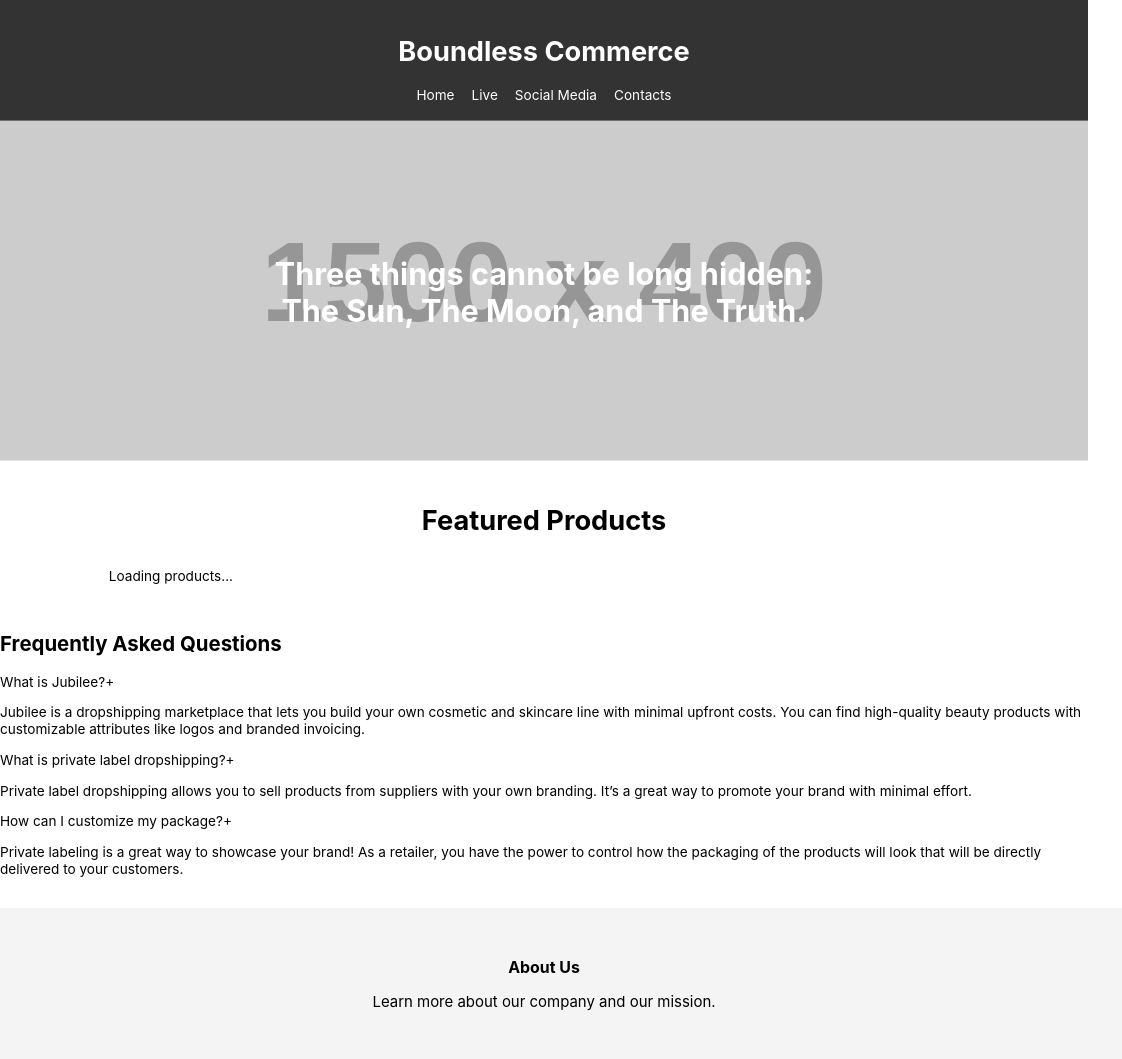
Repository: Nn-Exe/chunar-ecommerce
Page: / (app in ecommerce-frontend/)
The author's editor kept a copy of each file at every save. The page is drawn from the files as they stood at one save, then again after the next save.
The browser window is 1280 px wide. The page is 1320 px wide, so the pictures cover 1320 px, including what lies to the right of the window. The pictures show the whole page, at 85% of full size.
The page's requests for data from a server got no answer. The project was rebuilt for these pictures with package versions that can differ from the ones it lists, and the page was loaded fresh each time. No one was signed in, and anything a server would have sent is missing.

Above is the page before, as saved 2024-09-11 14:33:41.

### ecommerce-frontend/src/App.js
import React, { useState, useEffect } from 'react';
import './App.css';
import { BrowserRouter as Router, Route, Routes } from 'react-router-dom';  // Importing React Router
import Navbar from './components/Navbar';  // Correct way to import default export
import HeroSection from './components/HeroSection';  // Correct way to import default export
import ProductList from './components/ProductList';  // Correct way to import default export
import Faq from './components/Faq';  // Import the Faq component from the components folder

// Home page component (the default view)
function Home({ products }) {
  return (
    <div className="home-page">
      {/* Hero Section */}
      <div className="hero-container">
        <HeroSection />
      </div>

      {/* Featured Products Section */}
      <section className="products-section">
        <div className="section-header">
          <h2>Featured Products</h2>
        </div>

        <div className="product-grid">
          <ProductList products={products} />
        </div>
      </section>

      <br />

      {/* FAQ Section */}
      <Faq />  {/* Using the imported Faq component */}

      {/* Add more sections here */}

      <br />

      <section className="about-section">
        <div className="about-content">
          <h3>About Us</h3>
          <p>Learn more about our company and our mission.</p>
        </div>
      </section>
    </div>
  );
}

// Other page components
function Live() {
  return <h2>Live Page</h2>;
}

function Contacts() {
  return <h2>Contacts Page</h2>;
}

function SocialMedia() {
  // External link can be opened using an anchor tag, so no need for a separate page.
  window.location.href = "https://linktr.ee/chunar.co";  // Redirect to external social media page
  return null;
}

function App() {
  const [products, setProducts] = useState([]);

  useEffect(() => {
    fetch('http://localhost:5000/api/products')
      .then((response) => response.json())
      .then((data) => setProducts(data))
      .catch((error) => console.error('Error fetching products:', error));
  }, []);

  return (
    <Router>
      <div className="App">
        <header className="App-header">
          <h1>Boundless Commerce</h1>
          <Navbar />
        </header>

        <Routes>
          {/* Home page route */}
          <Route path="/" element={<Home products={products} />} />

          {/* Other pages */}
          <Route path="/live" element={<Live />} />
          <Route path="/contacts" element={<Contacts />} />

          {/* Redirect to external social media link */}
          <Route path="/social-media" element={<SocialMedia />} />
        </Routes>
      </div>
    </Router>
  );
}

export default App;

### ecommerce-frontend/src/App.css
/* ------------- Main Structure ------------ */

.App-header {
  background-color: #333;
  color: white;
  padding: 20px;
  text-align: center;
}

nav ul {
  list-style-type: none;
  padding: 0;
  margin: 0;
  display: flex;
  justify-content: center;
  gap: 20px;
}

nav ul li a {
  color: white;
  text-decoration: none;
  font-size: 16px;
}

.hero {
  position: relative;
  text-align: center;
}

.hero-banner {
  width: 100%;
  height: 400px;
  object-fit: cover;
}

.hero-text {
  position: absolute;
  top: 50%;
  left: 50%;
  transform: translate(-50%, -50%);
  color: white;
  font-size: 24px;
  font-weight: bold;
}

.products {
  padding: 40px;
  text-align: center;
}

.product-list {
  display: grid;
  grid-template-columns: repeat(5, 1fr);
  gap: 20px;
}

.product-card {
  border: 1px solid #ddd;
  padding: 20px;
  text-align: center;
  transition: transform 0.3s;
}

.product-card img {
  max-width: 100%;
  height: auto;
  margin-bottom: 10px;
}

.product-card:hover {
  transform: scale(1.05);
}


.product-card img {
  width: 200px;
  height: 200px;
  object-fit: cover;   /* Ensures the image covers the given area */
  border-radius: 10px; /* Optional: adds rounded corners */
}



/* ----------- Home Div -------------- */

/* App.css */

.home-page {
  display: flex;
  flex-direction: column;
  align-items: center;
}

/* Hero Section */
.hero-container {
  width: 100%;
  margin-bottom: 20px;
}

/* Products Section */
.products-section {
  width: 80%;
  margin: 0 auto;
}

.section-header h2 {
  text-align: center;
  font-size: 2rem;
  margin-bottom: 20px;
}

/* Product Grid
.product-grid {
  display: grid;
  grid-template-columns: repeat(3, 1fr);
  gap: 20px;
}

.product-card {
  border: 1px solid #ddd;
  padding: 20px;
  text-align: center;
} */

/* About Section */
.about-section {
  background-color: #f4f4f4;
  padding: 40px;
  width: 100%;
  text-align: center;
}

.about-section h3 {
  margin-bottom: 10px;
}

.about-section p {
  font-size: 1.1rem;
}


/* ----------- FAQ Section ---------------- */

### ecommerce-frontend/src/components/Navbar.js
import React from 'react';
import { Link } from 'react-router-dom';

function Navbar() {
  return (
    <nav>
      <ul>
        <li><Link to="/">Home</Link></li>  {/* Links to the home page */}
        <li><Link to="/live">Live</Link></li>  {/* Links to the live page */}
        <li><a href="https://linktr.ee/chunar.co" target="_blank" rel="noopener noreferrer">Social Media</a></li> {/* Opens external link in new tab */}
        <li><Link to="/contacts">Contacts</Link></li>  {/* Links to the contacts page */}
      </ul>
    </nav>
  );
}

export default Navbar;

### ecommerce-frontend/src/components/HeroSection.js
import React from 'react';

function HeroSection() {
  return (
    <section className="hero">
      <img src="https://via.placeholder.com/1500x400" alt="Banner" className="hero-banner" />
      <div className="hero-text">
        <h2>Three things cannot be long hidden: The Sun, The Moon, and The Truth.</h2>
      </div>
    </section>
  );
}

export default HeroSection;  // Ensure you have this line

### ecommerce-frontend/src/components/ProductList.js
import React from 'react';

function ProductList({ products }) {
  return (
    <div className="product-list">
      {products.length === 0 ? (
        <p>Loading products...</p>
      ) : (
        products.map((product) => (
          <div key={product.id} className="product-card">
              <img
                src={product.image}
                alt={product.name}
                className="product-image"
              />
            <h3>{product.name}</h3>
            <p>{product.description}</p>
            <p>${product.price}</p>
          </div>
        ))
      )}
    </div>
  );
}

export default ProductList;

### ecommerce-frontend/src/components/Faq.js
import React, { useState } from 'react';

const Faq = () => {
  const [activeIndex, setActiveIndex] = useState(null);

  const toggleFaq = (index) => {
    setActiveIndex(activeIndex === index ? null : index);
  };

  return (
    <div className="faq-section mx-auto max-w-6xl text-center">
      <h2 className="text-3xl font-bold mb-8">Frequently Asked Questions</h2>

      <div className="grid grid-cols-1 md:grid-cols-2 gap-8"> {/* Responsive grid for 2 items per row */}
        <div className={`faq-item bg-white shadow-md rounded-lg overflow-hidden transform transition-all duration-500 ease-in-out ${activeIndex === 0 ? 'scale-105' : ''}`}>
          <div
            className="faq-question p-5 cursor-pointer flex justify-between items-center text-lg font-semibold bg-gray-100 hover:bg-gray-200 transition-colors duration-300"
            onClick={() => toggleFaq(0)}
          >
            <span>What is Jubilee?</span>
            <span className={`transform transition-transform duration-300 ${activeIndex === 0 ? 'rotate-45' : ''}`}>+</span>
          </div>
          <div
            className={`faq-answer px-5 overflow-hidden transition-all duration-500 ease-in-out ${activeIndex === 0 ? 'max-h-96 opacity-100 py-5' : 'max-h-0 opacity-0'}`}
          >
            <p>Jubilee is a dropshipping marketplace that lets you build your own cosmetic and skincare line with minimal upfront costs. You can find high-quality beauty products with customizable attributes like logos and branded invoicing.</p>
          </div>
        </div>

        <div className={`faq-item bg-white shadow-md rounded-lg overflow-hidden transform transition-all duration-500 ease-in-out ${activeIndex === 1 ? 'scale-105' : ''}`}>
          <div
            className="faq-question p-5 cursor-pointer flex justify-between items-center text-lg font-semibold bg-gray-100 hover:bg-gray-200 transition-colors duration-300"
            onClick={() => toggleFaq(1)}
          >
            <span>What is private label dropshipping?</span>
            <span className={`transform transition-transform duration-300 ${activeIndex === 1 ? 'rotate-45' : ''}`}>+</span>
          </div>
          <div
            className={`faq-answer px-5 overflow-hidden transition-all duration-500 ease-in-out ${activeIndex === 1 ? 'max-h-96 opacity-100 py-5' : 'max-h-0 opacity-0'}`}
          >
            <p>Private label dropshipping allows you to sell products from suppliers with your own branding. It’s a great way to promote your brand with minimal effort.</p>
          </div>
        </div>

        <div className={`faq-item bg-white shadow-md rounded-lg overflow-hidden transform transition-all duration-500 ease-in-out ${activeIndex === 2 ? 'scale-105' : ''}`}>
          <div
            className="faq-question p-5 cursor-pointer flex justify-between items-center text-lg font-semibold bg-gray-100 hover:bg-gray-200 transition-colors duration-300"
            onClick={() => toggleFaq(2)}
          >
            <span>How can I customize my package?</span>
            <span className={`transform transition-transform duration-300 ${activeIndex === 2 ? 'rotate-45' : ''}`}>+</span>
          </div>
          <div
            className={`faq-answer px-5 overflow-hidden transition-all duration-500 ease-in-out ${activeIndex === 2 ? 'max-h-96 opacity-100 py-5' : 'max-h-0 opacity-0'}`}
          >
            <p>Private labeling is a great way to showcase your brand! As a retailer, you have the power to control how the packaging of the products will look that will be directly delivered to your customers.</p>
          </div>
        </div>
      </div>
    </div>
  );
};

export default Faq;

Loaded but not shown: ecommerce-frontend/public/index.html (common file); ecommerce-frontend/src/index.js (common file); ecommerce-frontend/src/index.css (common file); ecommerce-frontend/src/reportWebVitals.js (common file)

After the next save:
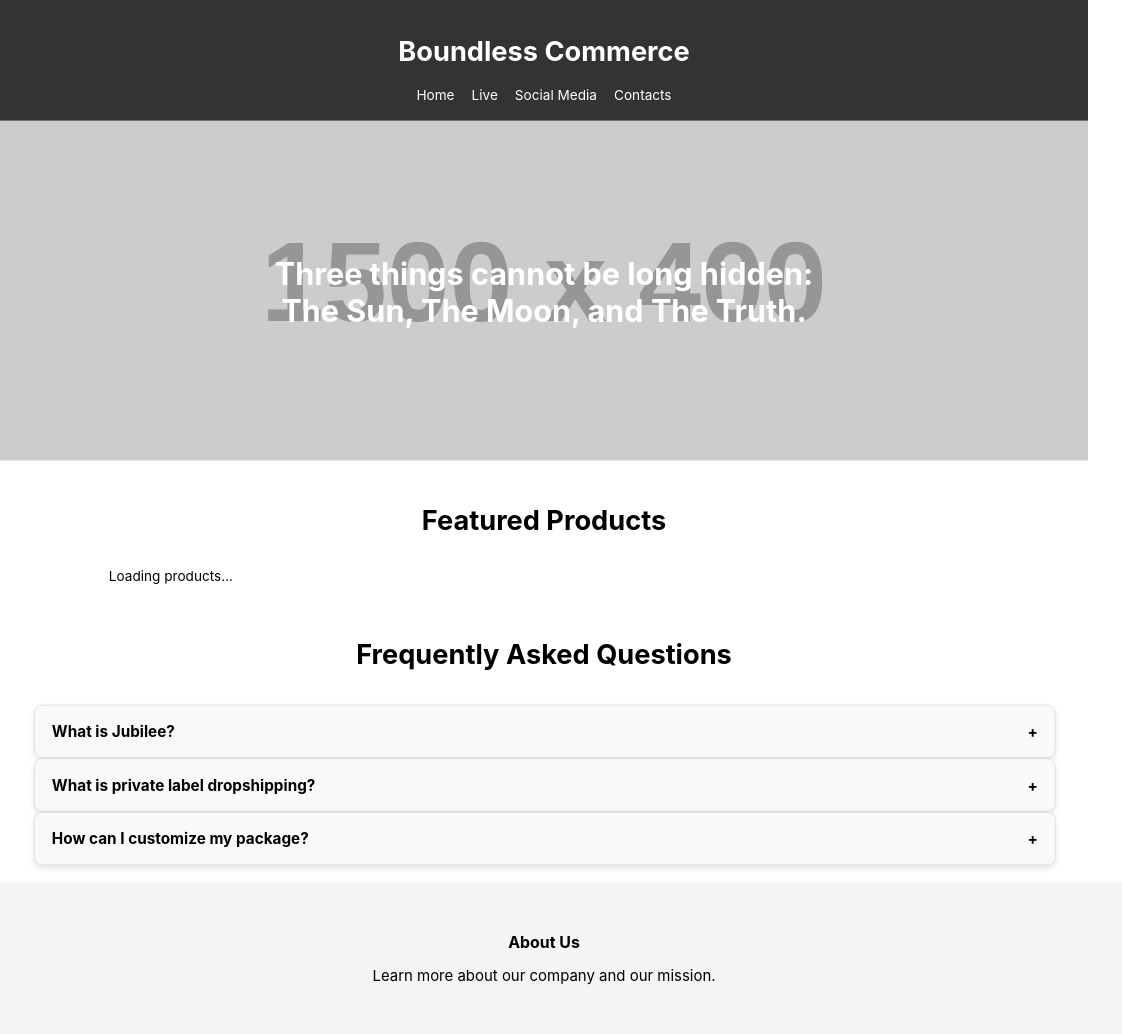
Saved 14 s later.
--- a/ecommerce-frontend/src/App.css
+++ b/ecommerce-frontend/src/App.css
@@ -140,3 +140,83 @@ nav ul li a {
 
 
 /* ----------- FAQ Section ---------------- */
+
+
+/* Center the FAQ section */
+.faq-section {
+  max-width: 1200px;
+  margin: 0 auto;
+  text-align: center; /* Center the FAQ header */
+}
+
+/* Style the header separately */
+.faq-section h2 {
+  font-size: 32px;
+  margin-bottom: 40px;
+}
+
+/* Grid layout for the FAQ items (excluding the header) */
+.faq-items {
+  display: grid;
+  grid-template-columns: repeat(2, minmax(0, 1fr)); /* Two columns per row, independent sizing */
+  gap: 20px; /* Space between the FAQ items */
+  justify-items: center; /* Center the items */
+  align-items: start; /* Align items at the top */
+}
+
+/* Style each FAQ item */
+.faq-item {
+  border: 1px solid #ddd;
+  border-radius: 10px;
+  width: 100%; /* Ensure FAQ bubbles are the same size initially */
+  background-color: #f9f9f9;
+  box-shadow: 0 4px 8px rgba(0, 0, 0, 0.1);
+  transition: transform 330ms ease-in-out; /* Smooth scaling transition */
+  transform-origin: center; /* Ensures scaling happens from the center */
+}
+
+.faq-item.active {
+  transform: scale(1.05); /* Scale up slightly on toggle */
+}
+
+.faq-item:hover {
+  transform: scale(1.02); /* Slightly enlarge on hover */
+}
+
+/* Style the FAQ question (clickable area) */
+.faq-question {
+  padding: 20px;
+  cursor: pointer;
+  display: flex;
+  justify-content: space-between;
+  align-items: center;
+  font-weight: bold;
+  font-size: 18px;
+}
+
+/* Style the FAQ answer */
+.faq-answer {
+  padding: 0 20px;
+  overflow: hidden;
+  max-height: 0; /* Initially hidden */
+  opacity: 0;
+  transition: max-height 0.5s ease, opacity 0.5s ease; /* Smooth animation */
+}
+
+/* When the FAQ item is active, show the answer with a smooth transition */
+.faq-item.active .faq-answer {
+  max-height: 500px; /* Adjust based on expected content height */
+  opacity: 1;
+  padding-bottom: 20px; /* Add padding for better spacing when expanded */
+}
+
+/* Style the icon for toggling */
+.icon {
+  font-size: 24px;
+  font-weight: bold;
+  transition: transform 0.3s ease; /* Smoothly rotate the icon */
+}
+
+.faq-item.active .icon {
+  transform: rotate(45deg); /* Rotate icon when active */
+}
